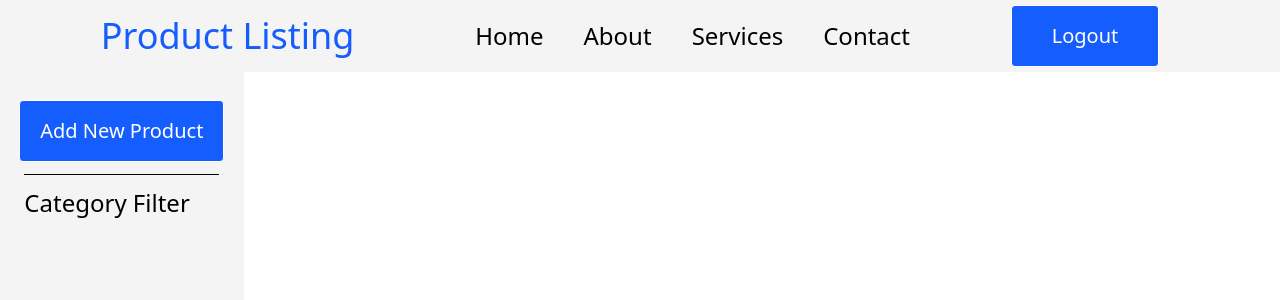
Repository: Habeebur1493/project
Page: /Home
The author's editor kept a copy of each file at every save. The page is drawn from the files as they stood at one save, then again after the next save.
The browser window is 1280 px wide. The pictures show the whole page.
The page's requests for data from a server got no answer. The project was rebuilt for these pictures with package versions that can differ from the ones it lists, and the page was loaded fresh each time. No one was signed in, and anything a server would have sent is missing. Also part of the build but not shown: vite.config.js, src/Components/Login.jsx, src/Components/Loading.jsx, src/Components/Details.jsx, src/Components/About.jsx, src/Components/Services.jsx, src/Components/Contact.jsx.

Above is the page before, as saved 2025-01-31 20:42:46.

After the next save:
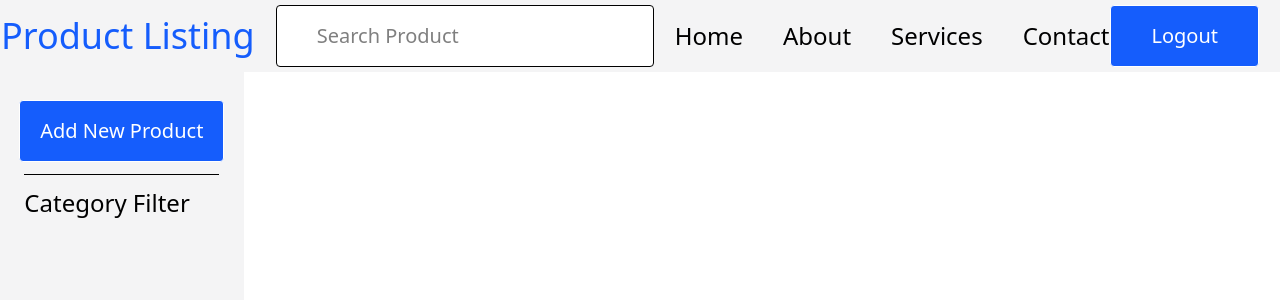
Saved 35 s later.
--- a/src/Components/Nav.jsx
+++ b/src/Components/Nav.jsx
@@ -47,6 +47,7 @@ const Nav = () => {
 
       <nav className="w-screen h-[10%] bg-zinc-100 flex justify-evenly items-center absolute overflow-y-auto">
         <h1 className=" mr-5 text-4xl text-bold text-blue-600">Product Listing</h1>
+        <input type="text" placeholder="Search Product" className="mr-5 py-4 px-10 border rounded text-black text-xl bg-white" />
         <ul className="flex gap-10 text-2xl">
           <Link to="/Home">Home</Link>
           <Link to="/About">About</Link>
